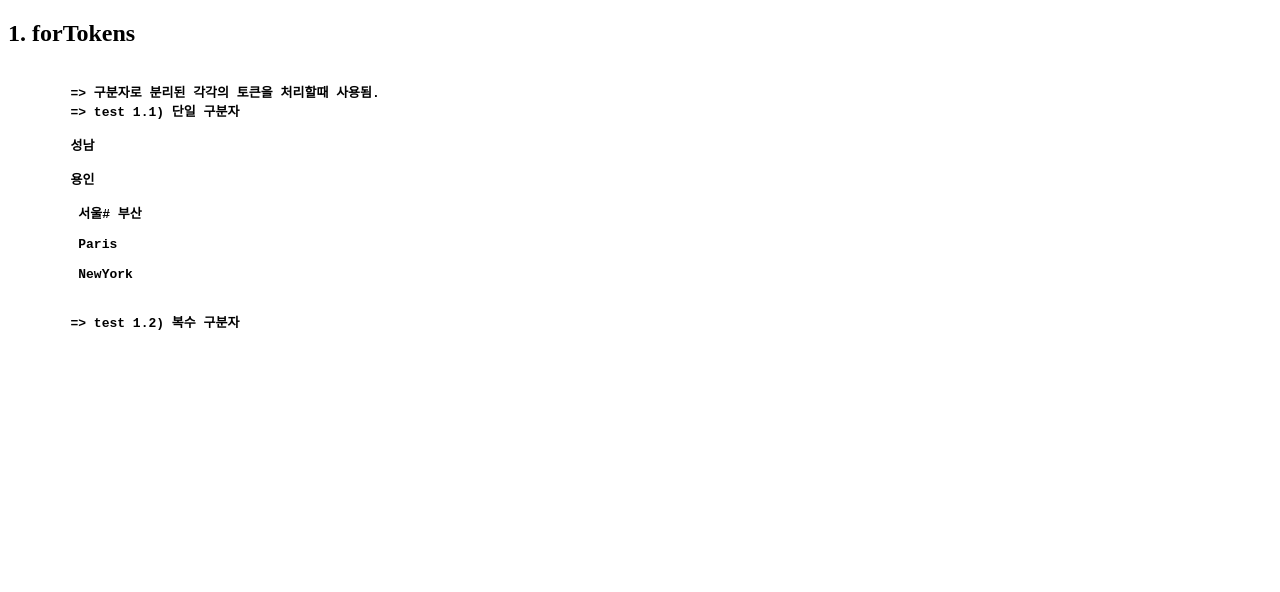
Repository: JYH94/JAVA
Page: http://localhost/web01/jsp03_jstl/ex04_forTokensFlow.jsp
The author's editor kept a copy of each file at every save. The page is drawn from the files as they stood at one save, then again after the next save.
The browser window is 1280 px wide. The pictures show the whole page.
The page is served by Tomcat 9.

Above is the page before, as saved 2024-01-17 05:48:15.

After the next save:
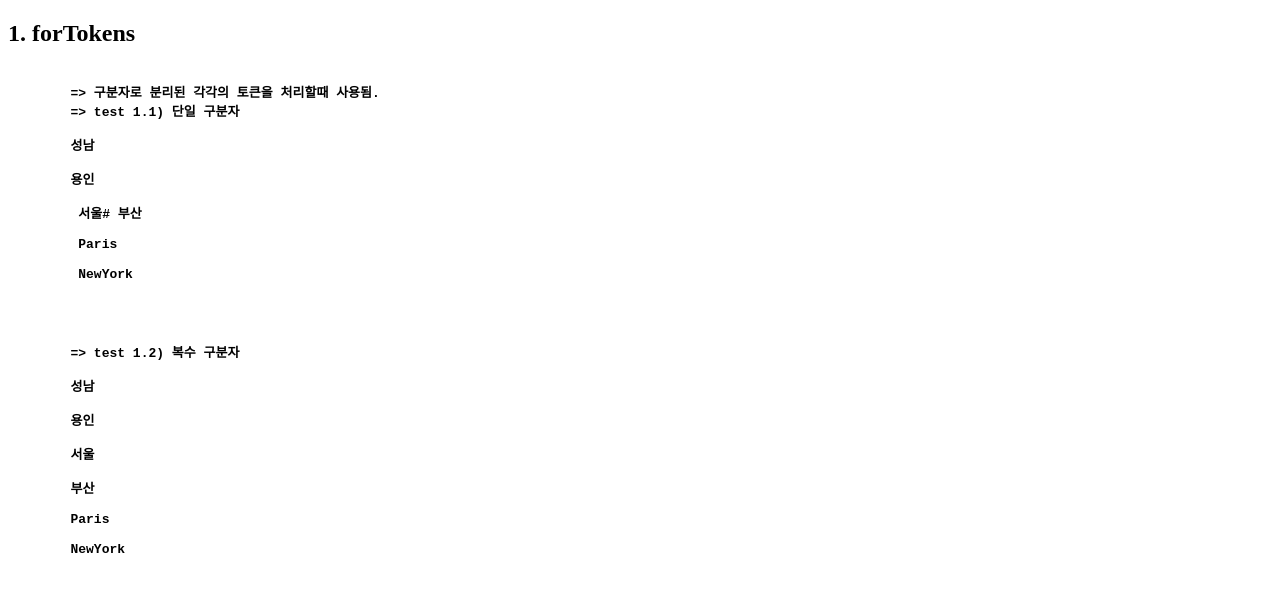
Saved 67 s later.
--- a/web01/src/main/webapp/jsp03_jstl/ex04_forTokensFlow.jsp
+++ b/web01/src/main/webapp/jsp03_jstl/ex04_forTokensFlow.jsp
@@ -15,9 +15,12 @@
 	<c:forTokens var="city" items="성남,용인, 서울# 부산, Paris, NewYork" delims=",">
 	${city}
 	</c:forTokens>
+	<br>
 
 	=> test 1.2) 복수 구분자
-
+	<c:forTokens var="city" items="성남,용인,서울#부산,Paris!NewYork" delims=",#,!">
+	${city}
+	</c:forTokens>
 
 
 </b></pre>
